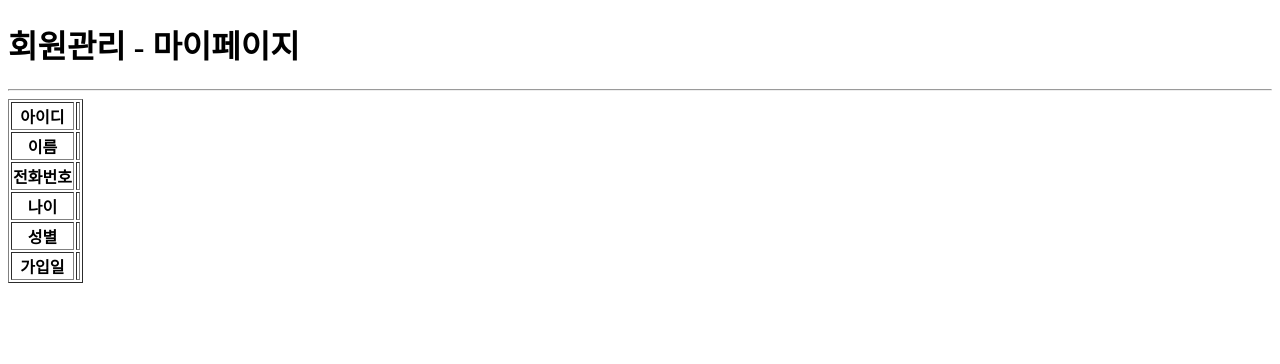
Repository: wona-owo/Spring
Page: http://localhost/00_spring/member/mypage.kh
An editor plug-in stored every save of this project. The page is shown before and after the next save, followed by the edit.
The browser window is 1280 px wide. The pictures show the whole page.
The page is served by Tomcat 9. Other server files are loaded and not shown.

Above is the page before, as saved 2024-12-03 05:23:01.

### 00_spring/src/main/webapp/WEB-INF/views/member/mypage.jsp
<%@ page language="java" contentType="text/html; charset=UTF-8"
    pageEncoding="UTF-8"%>
<!DOCTYPE html>
<html>
<head>
<meta charset="UTF-8">
<title>Insert title here</title>
</head>
<body>
	<h1>회원관리 - 마이페이지</h1>

	<hr>

	<table border="1">
		<tr>
			<th>아이디</th>
			<td>${sessionScope.loginMember.memberId}</td>
		</tr>
		<tr>
			<th>이름</th>
			<td>${loginMember.memberName}</td>
		</tr>
		<tr>
			<th>전화번호</th>
			<td>${loginMember.memberPhone}</td>
		</tr>
		<tr>
			<th>나이</th>
			<td>${loginMember.memberAge}</td>
		</tr>
		<tr>
			<th>성별</th>
			<td>${loginMember.memberGender}</td>
		</tr>
		<tr>
			<th>가입일</th>
			<td>${loginMember.enrollDate}</td>
		</tr>
	</table>
</body>
</html>

After the next save:
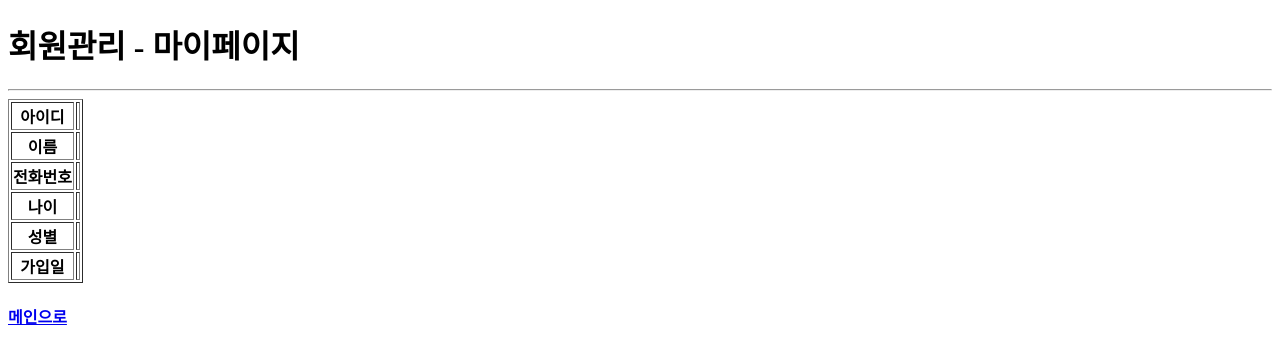
Saved 23 s later.
--- a/00_spring/src/main/webapp/WEB-INF/views/member/mypage.jsp
+++ b/00_spring/src/main/webapp/WEB-INF/views/member/mypage.jsp
@@ -37,5 +37,6 @@
 			<td>${loginMember.enrollDate}</td>
 		</tr>
 	</table>
+	<h4><a href="/">메인으로</a></h4>
 </body>
 </html>
